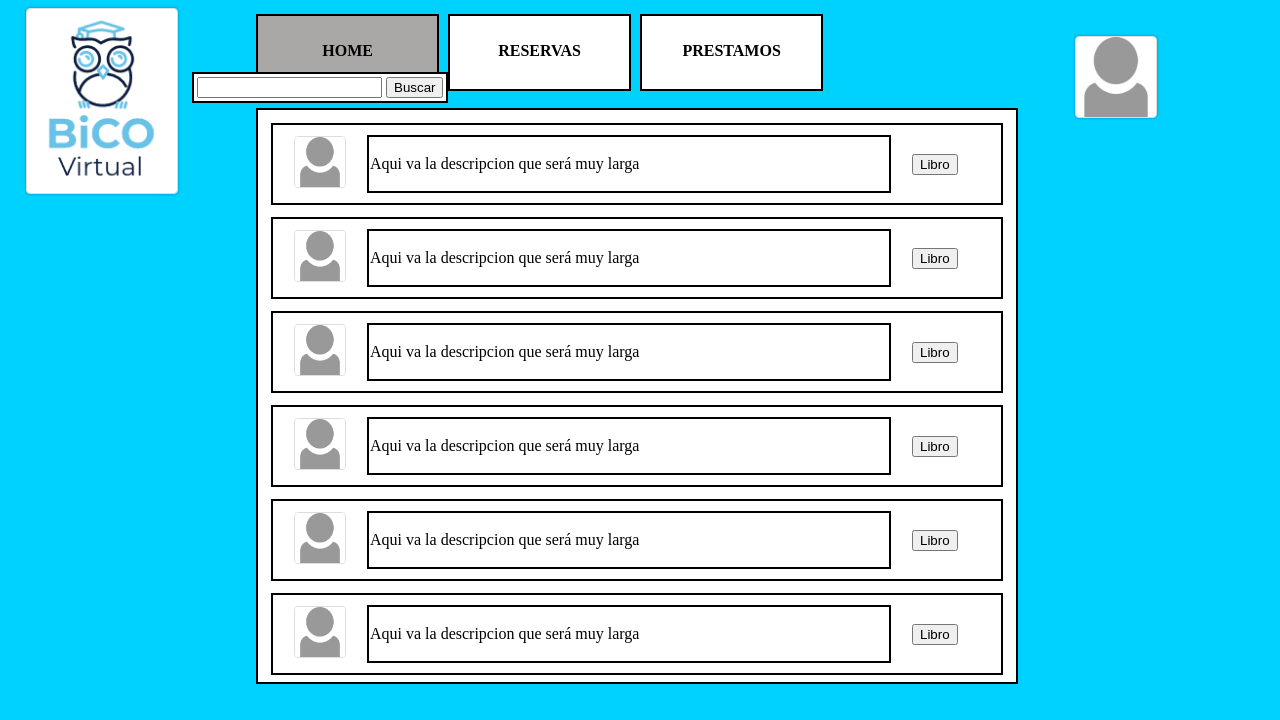
Repository: i72frpeu/IW_Bien
Page: http://localhost/Trabajo_IW/Home (Admin).jsp
The author's editor kept a copy of each file at every save. The page is drawn from the files as they stood at one save, then again after the next save.
The browser window is 1280 px wide. The pictures show the whole page.
An inner scrolling area shows only its first screen. The page is served by Tomcat 9.

Above is the page before, as saved 2020-05-16 17:35:06.

After the next save:
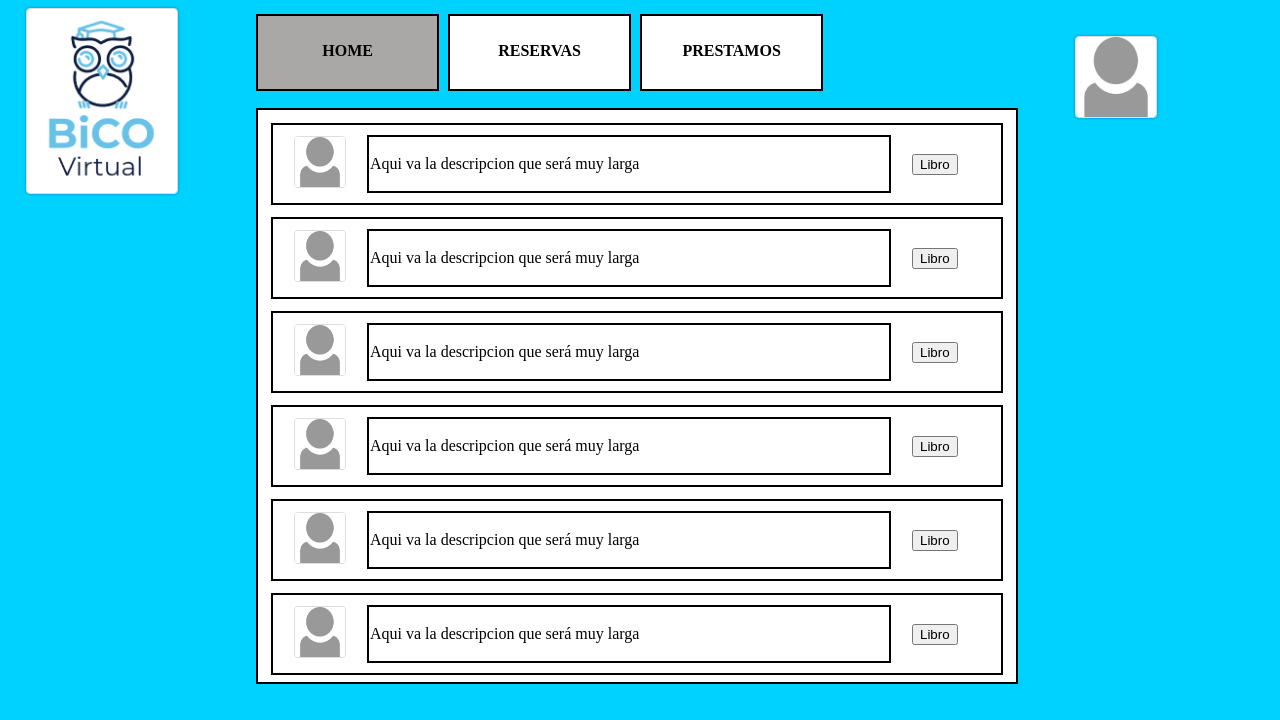
Saved 36 s later.
--- a/WorkSpace/Trabajo IW/WebContent/CSS/wf4.0.css
+++ b/WorkSpace/Trabajo IW/WebContent/CSS/wf4.0.css
@@ -8,5 +8,6 @@ div.buscador
 	background-color: white;
 	border: 2px solid black;
 	position: fixed;
-	top: 10%;
+	top: 15%;
+	left: 30%
 }
